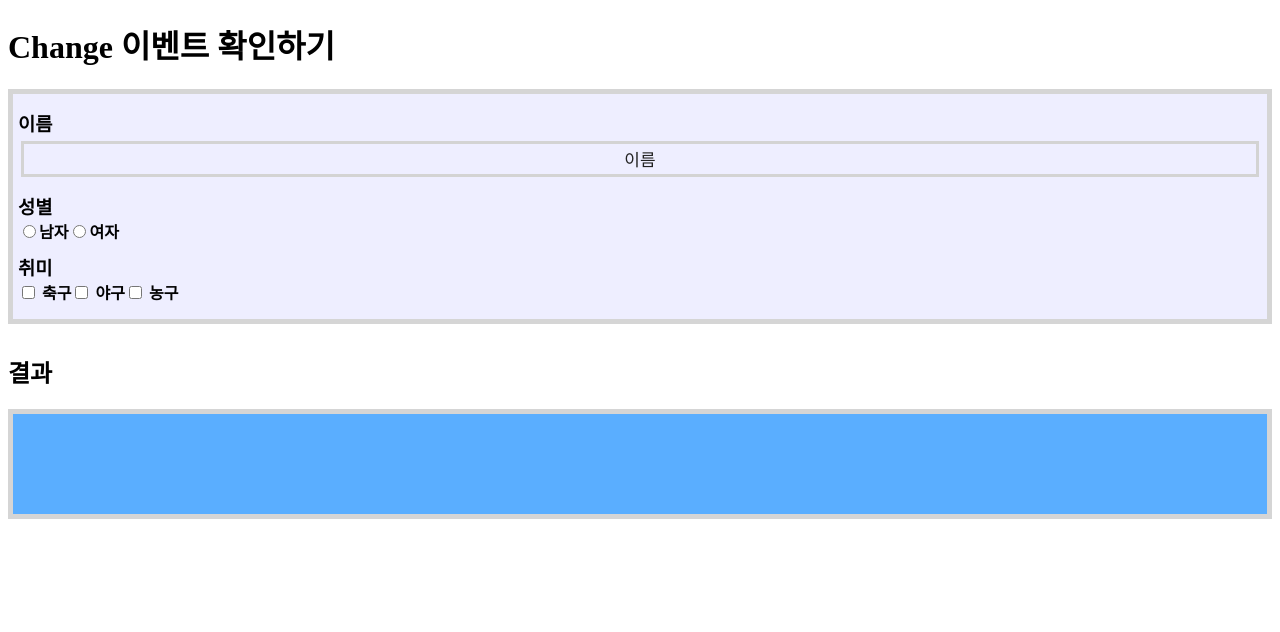
Repository: chaejunho689/bitcamp
Page: jQuery/src/main/webapp/02_jQueryEvent/exam09.html
The author's editor kept a copy of each file at every save. The page is drawn from the files as they stood at one save, then again after a run of saves.
The browser window is 1280 px wide. The pictures show the whole page.

Above is the page before, as saved 2024-08-23 01:23:33.

### jQuery/src/main/webapp/02_jQueryEvent/exam09.html
<!DOCTYPE html>
<html>
<head>
<meta charset="UTF-8">
<title>Insert title here</title>
<link rel="stylesheet" type="text/css" href="../css/event.css">
</head>
<body>
	<h1>Change 이벤트 확인하기</h1>
	<div id="input">
		<h3>이름</h3>
		<input type="text" name="user_name" value="이름"/>

		<h3>성별</h3>
		<label><input type="radio" name="gender" value="남자" />남자 </label>
		<label><input type="radio" name="gender" value="여자" />여자</label>

		<h3>취미</h3>
		<label><input type="checkbox" name="hobby" value="축구" /> 축구 </label>
		<label><input type="checkbox" name="hobby" value="야구" /> 야구 </label>
		<label><input type="checkbox" name="hobby" value="농구" /> 농구 </label>
	</div>
	<h2>결과</h2>
	<div id="result"></div>


<script type="text/javascript" src="http://code.jquery.com/jquery-3.7.1.min.js"> </script>
<script type="text/javascript">
$(function(){

});
</script>
</body>
</html>

### jQuery/src/main/webapp/css/event.css
@charset "UTF-8";

 css
* {
    padding: 0;
    margin: 10px;
}
#input, #result {
    border: 5px solid #D5D5D5;
    text-align: center;
    width: auto;
    font-weight: bold;
}
#input {
    background: #eef;
    padding: 5px;
}
#input:after {
    content: '';
    display: block;
    float: none;
    clear: both;
}
#input > input, #input > select, #input > div, #input > button, #input > div > button {
    width: 99%;
    text-align: center;
    display: block;
    font-size: 17px;
    color: #222;
    background: #eef;
    border: 3px solid #d3d3d3;
    margin: 5px auto;
    padding: 5px 0;
}
#input > h3 {
    text-align: left;
    margin: 0;
    padding: 10px 0 0 0;
}
#input > h3:before {
    content: '';
    display: block;
    float: none;
    clear: both;
}
#input > label {
    margin: 0;
    padding: 0;
    display: block;
    float: left;
    padding-bottom: 10px;
}
#input > label > input {
    width: auto !important;
    display: inline;
}
#input .myButton {
    box-shadow: inset 0px 1px 0px 0px #54a3f7; /* inset : 박스 안쪽의 그림자 */
    background: linear-gradient(to bottom, #007dc1 5%, #0061a7 100%);
    /* background-color: #007dc1; */
    border-radius: 3px;
    border: 1px solid #124d77;
    display: inline-block;
    color: #ffffff;
    font-family: arial;
    font-size: 15px;
    font-weight: normal;
    padding: 6px 24px;
    text-decoration: none;
    text-shadow: 0px 1px 0px #154682;
}
#input .myButton:hover {
    background: linear-gradient(to bottom, #0061a7 5%, #007dc1 100%);
    background-color: #0061a7;
}
#input .myButton:active {
    position: relative;
    top: 1px;
}

h2 {
    padding-top: 10px;
}
#result {
    padding: 50px;
    font-size: 17px;
    color: #500;
    background: #5AAEFF;
}

After the next 2 saves:
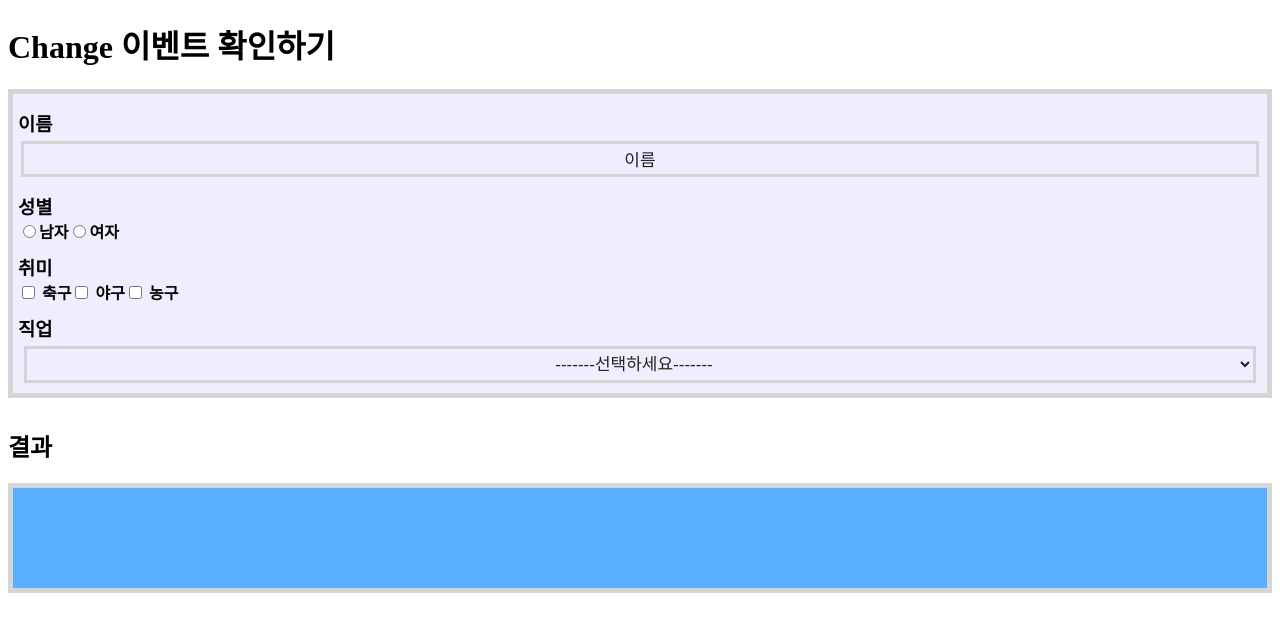
The 2 saves are shown as one change because they came seconds apart.
The last was saved 9 s later.
--- a/jQuery/src/main/webapp/02_jQueryEvent/exam09.html
+++ b/jQuery/src/main/webapp/02_jQueryEvent/exam09.html
@@ -19,6 +19,15 @@
 		<label><input type="checkbox" name="hobby" value="축구" /> 축구 </label>
 		<label><input type="checkbox" name="hobby" value="야구" /> 야구 </label>
 		<label><input type="checkbox" name="hobby" value="농구" /> 농구 </label>
+
+		<h3>직업</h3>
+		<select name="job">
+			<option>-------선택하세요-------</option>
+			<option value="프로그래머">프로그래머</option>
+			<option value="퍼블리셔">퍼블리셔</option>
+			<option value="디자이너">디자이너</option>
+			<option value="기획">기획</option>
+		</select>
 	</div>
 	<h2>결과</h2>
 	<div id="result"></div>
